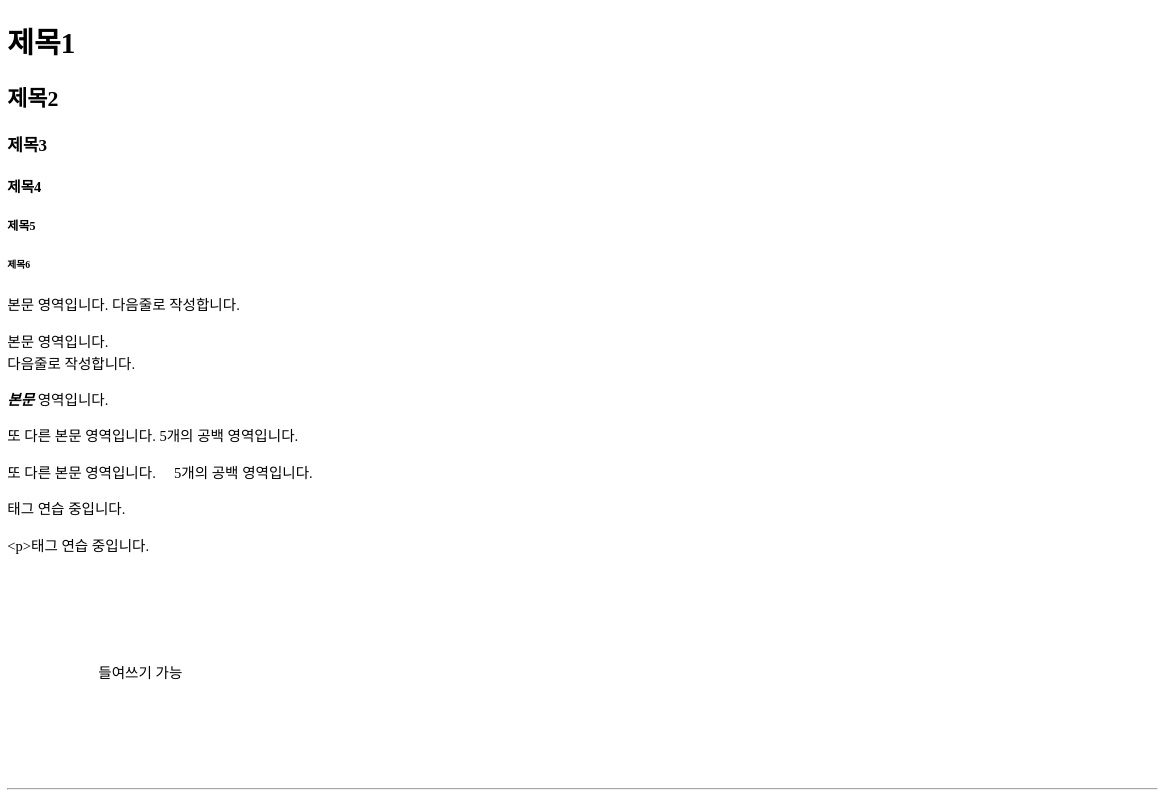
Repository: Kray273/JSLab
Page: html/src/main/webapp/Day96/text.html
An editor plug-in stored every save of this project. The page is shown before and after the next save, followed by the edit.
The browser window is 1280 px wide. The pictures show the whole page, at 91% of full size.

Above is the page before, as saved 2022-11-24 01:10:24.

After the next save:
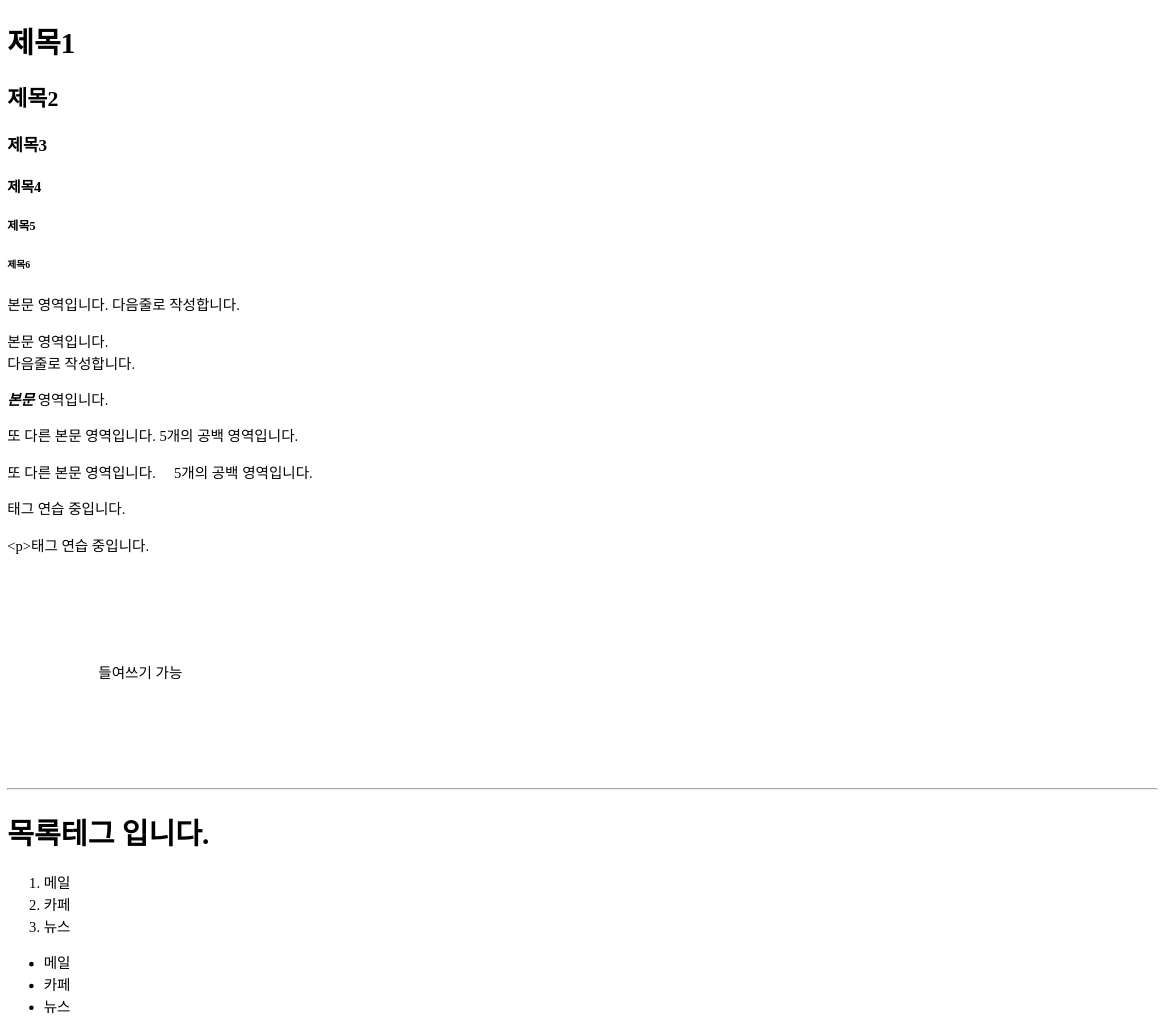
Saved 92 s later.
--- a/html/src/main/webapp/Day96/text.html
+++ b/html/src/main/webapp/Day96/text.html
@@ -28,6 +28,18 @@
 
 <hr>
 <!-- 목록만들기  -->
+<h1>목록테그 입니다.</h1>
+<ol>
+	<li>메일</li>
+	<li>카페</li>
+	<li>뉴스</li>
+</ol>
+
+<ul>
+	<li>메일</li>
+	<li>카페</li>
+	<li>뉴스</li>
+</ul>
 
 </body>
 </html>
